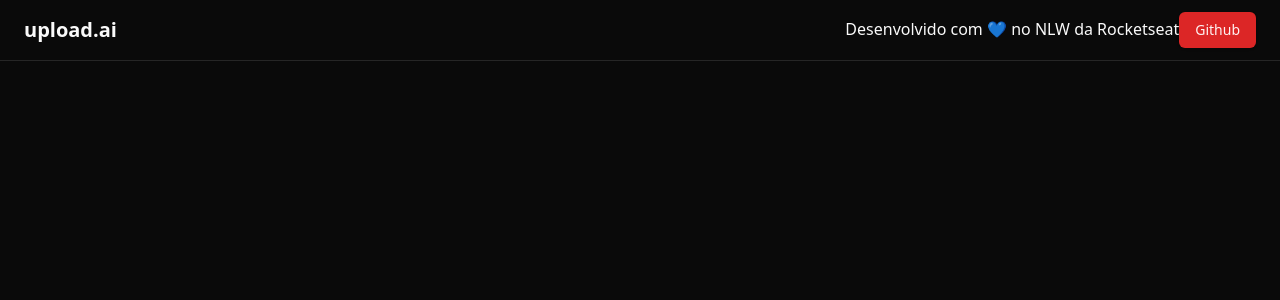
Repository: ricardolimati/upload-ai-web
Page: /
An editor plug-in stored every save of this project. The page is shown before and after the next save, followed by the edit.
The browser window is 1280 px wide. The pictures show the whole page.
The project was rebuilt for these pictures with package versions that can differ from the ones it lists, and the page was loaded fresh each time. Also part of the build but not shown: vite.config.ts.

Above is the page before, as saved 2023-09-11 23:08:36.

After the next save:
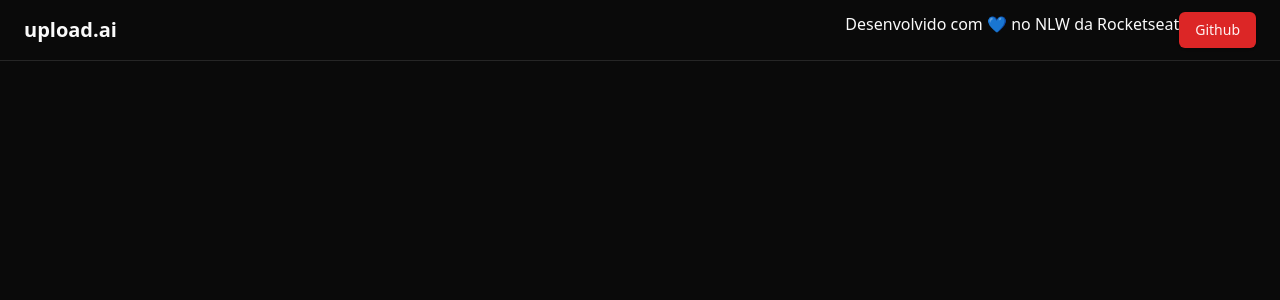
Saved 8 s later.
--- a/src/App.tsx
+++ b/src/App.tsx
@@ -5,7 +5,7 @@ export function App() {
    <div>
     <div className="px-6 py-3 flex items-center justify-between border-b">
       <h1 className="text-xl font-bold">upload.ai</h1>
-      <div className="">
+      <div className="flex item">
         <span>Desenvolvido com 💙 no NLW da Rocketseat</span>
         <Button>Github</Button>
       </div>
